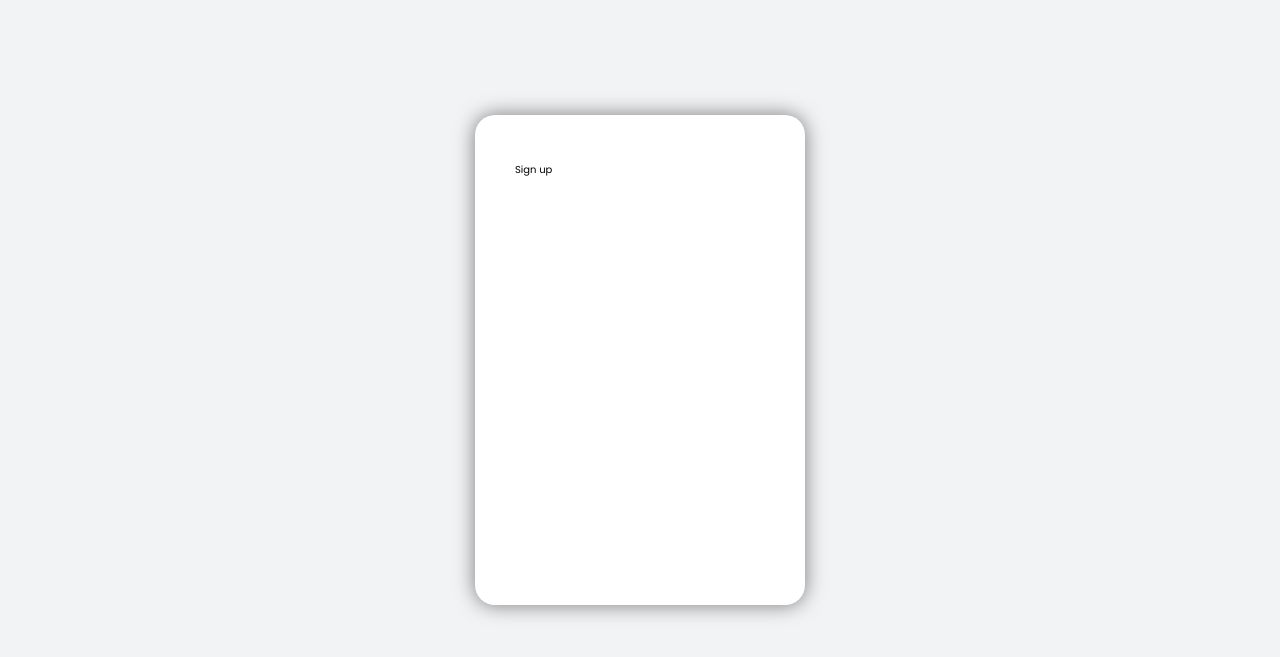
Repository: TranMinhMan040702/practice_html-css
Page: form-login/index.html
The author's editor kept a copy of each file at every save. The page is drawn from the files as they stood at one save, then again after the next save.
The browser window is 1280 px wide. The pictures show the whole page.
Some web libraries are served in a nearby version.

Above is the page before, as saved 2022-08-24 12:42:42.

### form-login/index.html
<!DOCTYPE html>
<html lang="en">
<head>
    <meta charset="UTF-8">
    <meta http-equiv="X-UA-Compatible" content="IE=edge">
    <meta name="viewport" content="width=device-width, initial-scale=1.0">
    <link href="https://fonts.googleapis.com/css2?family=Poppins:wght@300;400;600&display=swap" rel="stylesheet">
    <link rel="stylesheet" href="https://cdnjs.cloudflare.com/ajax/libs/font-awesome/6.1.2/css/all.min.css" integrity="sha512-1sCRPdkRXhBV2PBLUdRb4tMg1w2YPf37qatUFeS7zlBy7jJI8Lf4VHwWfZZfpXtYSLy85pkm9GaYVYMfw5BC1A==" crossorigin="anonymous" referrerpolicy="no-referrer" />
    <title>Sign up</title>
    <link rel="stylesheet" href="reset.css">
    <link rel="stylesheet" href="main.css">
</head>
<body>
    <div class="singup">
        <div class="signup-heading">
            <h1>Sign up</h1>
        </div>
    </div>
</body>
</html>

### form-login/reset.css
html,
body,
div,
span,
applet,
object,
iframe,
h1,
h2,
h3,
h4,
h5,
h6,
p,
blockquote,
pre,
a,
abbr,
acronym,
address,
big,
cite,
code,
del,
dfn,
em,
img,
ins,
kbd,
q,
s,
samp,
small,
strike,
strong,
sub,
sup,
tt,
var,
b,
u,
i,
center,
dl,
dt,
dd,
ol,
ul,
li,
fieldset,
form,
label,
legend,
table,
caption,
tbody,
tfoot,
thead,
tr,
th,
td,
article,
aside,
canvas,
details,
embed,
figure,
figcaption,
footer,
header,
hgroup,
menu,
nav,
output,
ruby,
section,
summary,
time,
mark,
audio,
video {
  margin: 0;
  padding: 0;
  border: 0;
  font-size: 100%;
  font: inherit;
  vertical-align: baseline;
}
/* HTML5 display-role reset for older browsers */
article,
aside,
details,
figcaption,
figure,
footer,
header,
hgroup,
menu,
nav,
section {
  display: block;
}
body {
  line-height: 1;
}
ol,
ul {
  list-style: none;
}
blockquote,
q {
  quotes: none;
}
blockquote:before,
blockquote:after,
q:before,
q:after {
  content: "";
  content: none;
}
table {
  border-collapse: collapse;
  border-spacing: 0;
}

### form-login/main.css
html {
    font-size: 62.5%;
    font-family: "Poppins", sans-serif;
}

* {
    box-sizing: border-box;
}

body {
    width: 100%;
    height: 100vh;
    background-color: #f2f3f5;
    display: flex;
    justify-content: center;
    align-items: center;
}

.singup {
    max-width: 330px;
    width: 100%;
    height: 490px;
    background-color: #fff;
    padding: 50px 40px;
    border-radius: 20px;
    box-shadow: 0px 0px 20px rgba(0, 0, 0, 0.5);
}

.signup-heading {

}

After the next save:
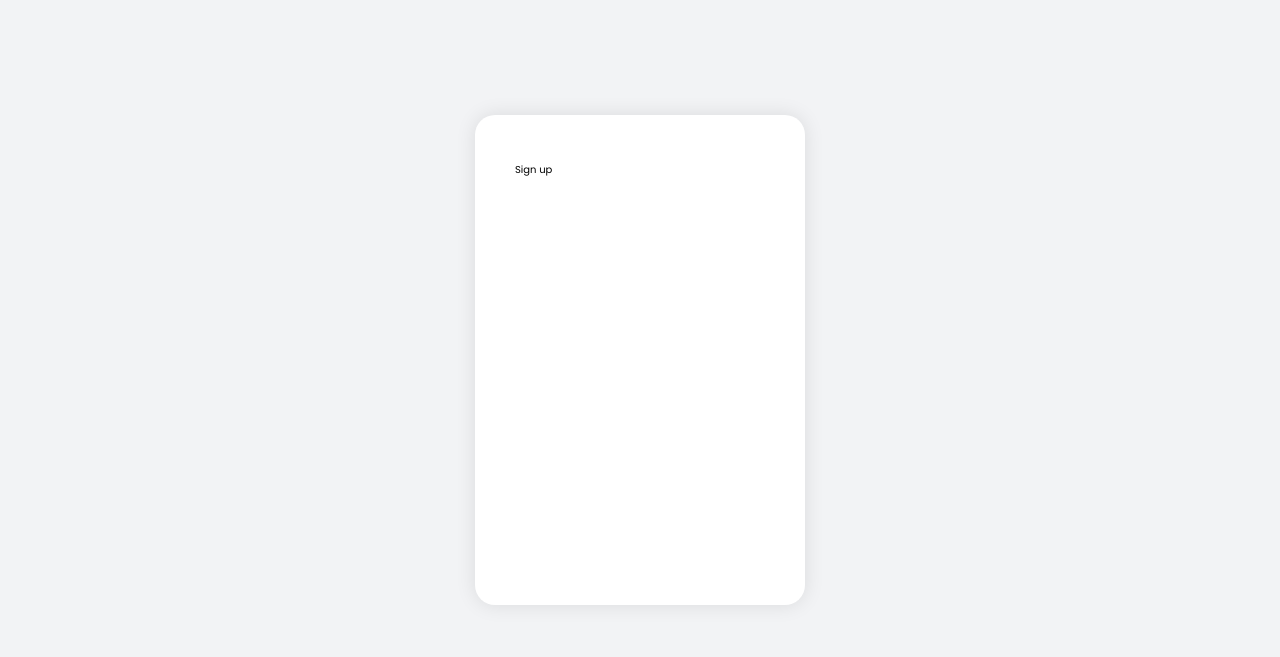
Saved 4 s later.
--- a/form-login/main.css
+++ b/form-login/main.css
@@ -23,7 +23,7 @@ body {
     background-color: #fff;
     padding: 50px 40px;
     border-radius: 20px;
-    box-shadow: 0px 0px 20px rgba(0, 0, 0, 0.5);
+    box-shadow: 0px 0px 20px rgba(0, 0, 0, 0.1);
 }
 
 .signup-heading {
